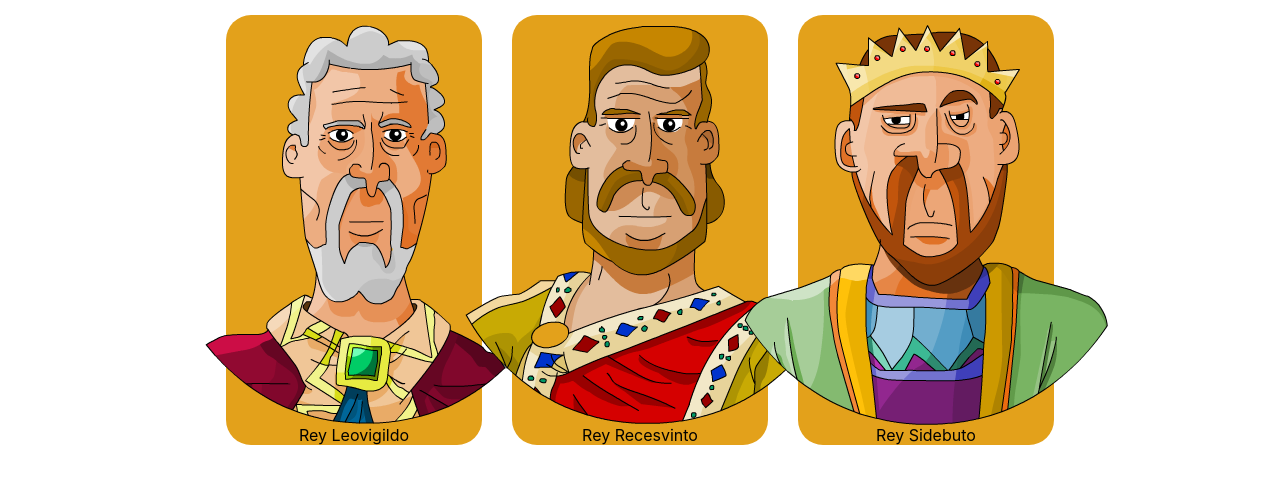
Repository: abgdev1997/ejercicios-react
Page: /
These files come from the project's save history. The page is drawn as it stood at one moment and after the next save; the edit follows.
The browser window is 1280 px wide. The pictures show the whole page.
The project was rebuilt for these pictures with package versions that can differ from the ones it lists, and the page was loaded fresh each time.

Above is the page before, as saved 2022-02-22 09:52:27.

### src/App.js
import './App.css';
import leovigildo from './rey_leogivildo.png';
import recesvinto from './rey_recesvinto.png';
import sisebuto from './rey_sisebuto.png';

function App() {
  return (
    <div className="App">
      <div className='img'>
        <img alt='Rey Leovigildo' src={leovigildo} />
        <span>Rey Leovigildo</span>
      </div>
      <div className='img'>
        <img alt='Rey Recesvinto' src={recesvinto} />
        <span>Rey Recesvinto</span>
      </div>
      <div className='img'>
        <img alt='Rey Sisebuto' src={sisebuto} />
        <span>Rey Sidebuto</span>
      </div>
    </div>
  );
}

export default App;

### src/App.css
.App{
  display: flex;
  flex-direction: row;
  justify-content: center;
}

.img{
  background-color:#E3A11B;
  border-radius: 25px;
  display:flex;
  flex-direction: column;
  align-items:center;
  width: 20%;
  margin: 15px;
  padding-top: 10px;
}

Loaded but not shown: public/index.html (common file); src/index.js (common file); src/index.css (common file)

After the next save:
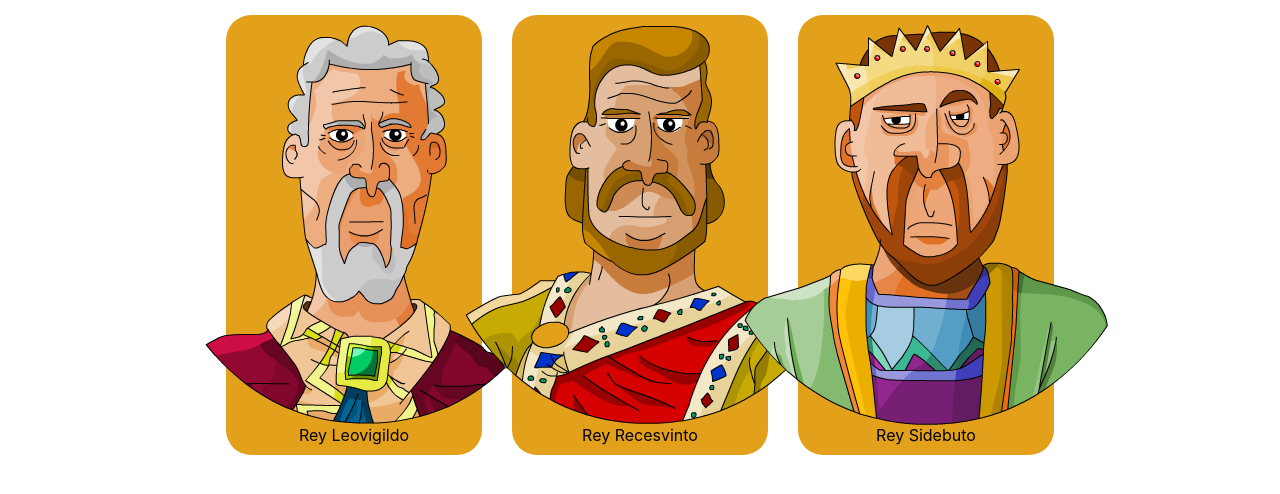
Saved 11 s later.
--- a/src/App.css
+++ b/src/App.css
@@ -13,4 +13,5 @@
   width: 20%;
   margin: 15px;
   padding-top: 10px;
+  padding-bottom: 10px;
 }
